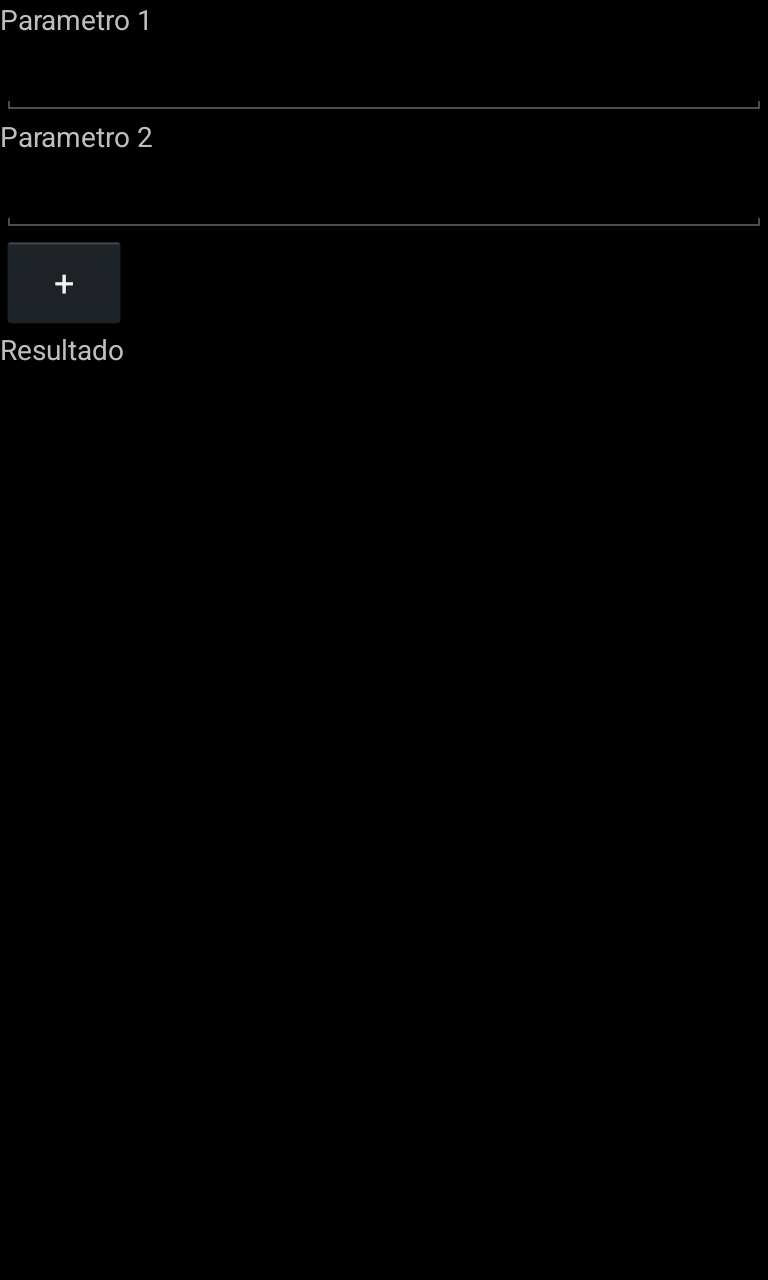
Repository: dorisserruto/un_exercises
Layout: javaandroid/Recursos/workspace-profe/lab11_activity/res/layout/main.xml
An editor plug-in stored every save of this project. The layout is shown before and after the next save, followed by the edit.
It is drawn on a 768 x 1280 px phone screen (xhdpi) without system bars, with theme android:Theme.Holo; the app's code is not run.

Above is the layout before, as saved 2012-06-24 00:51:05.

### javaandroid/Recursos/workspace-profe/lab11_activity/res/layout/main.xml
<?xml version="1.0" encoding="utf-8"?>
<LinearLayout xmlns:android="http://schemas.android.com/apk/res/android"
    android:layout_width="fill_parent"
    android:layout_height="fill_parent"
    android:orientation="vertical" >

    <TextView
        android:id="@+id/textView1"
        android:layout_width="wrap_content"
        android:layout_height="wrap_content"
        android:text="Parametro 1"
        android:textAppearance="?android:attr/textAppearanceSmall" />

    <EditText
        android:id="@+id/edtParametro1"
        android:layout_width="match_parent"
        android:layout_height="wrap_content"
        android:ems="10"
        android:inputType="number" />

    <TextView
        android:id="@+id/textView2"
        android:layout_width="wrap_content"
        android:layout_height="wrap_content"
        android:text="Parametro 2"
        android:textAppearance="?android:attr/textAppearanceSmall" />

    <EditText
        android:id="@+id/edtParametro2"
        android:layout_width="match_parent"
        android:layout_height="wrap_content"
        android:ems="10"
        android:inputType="number" />

    <Button
        android:id="@+id/btnProcesar"
        android:layout_width="wrap_content"
        android:layout_height="wrap_content"
        android:text="+" />

    <TextView
        android:id="@+id/textView3"
        android:layout_width="wrap_content"
        android:layout_height="wrap_content"
        android:text="Resultado"
        android:textAppearance="?android:attr/textAppearanceSmall" />

    <TextView
        android:id="@+id/tvResultado"
        android:layout_width="fill_parent"
        android:layout_height="wrap_content"
        android:text="" />

</LinearLayout>

After the next save:
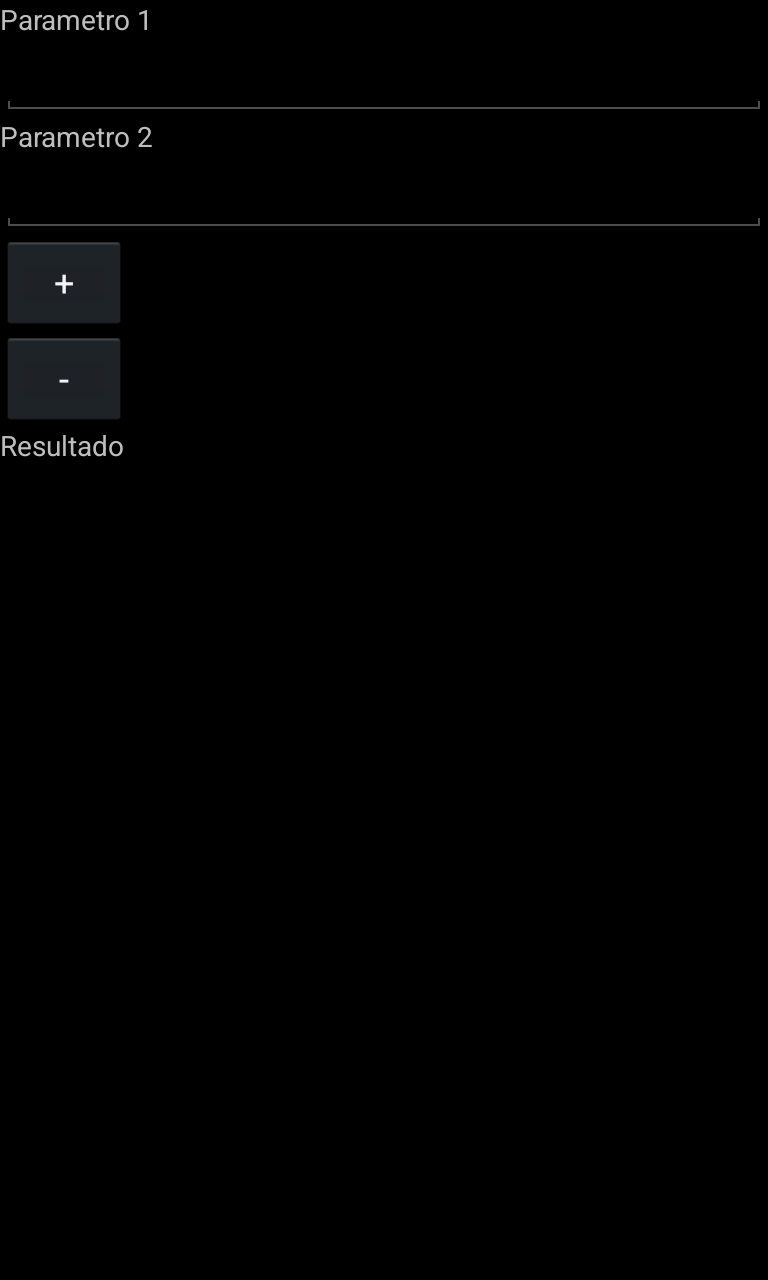
Saved 34 s later.
--- a/javaandroid/Recursos/workspace-profe/lab11_activity/res/layout/main.xml
+++ b/javaandroid/Recursos/workspace-profe/lab11_activity/res/layout/main.xml
@@ -38,6 +38,12 @@
         android:layout_height="wrap_content"
         android:text="+" />
 
+    <Button
+        android:id="@+id/button1"
+        android:layout_width="wrap_content"
+        android:layout_height="wrap_content"
+        android:text="-" />
+
     <TextView
         android:id="@+id/textView3"
         android:layout_width="wrap_content"
